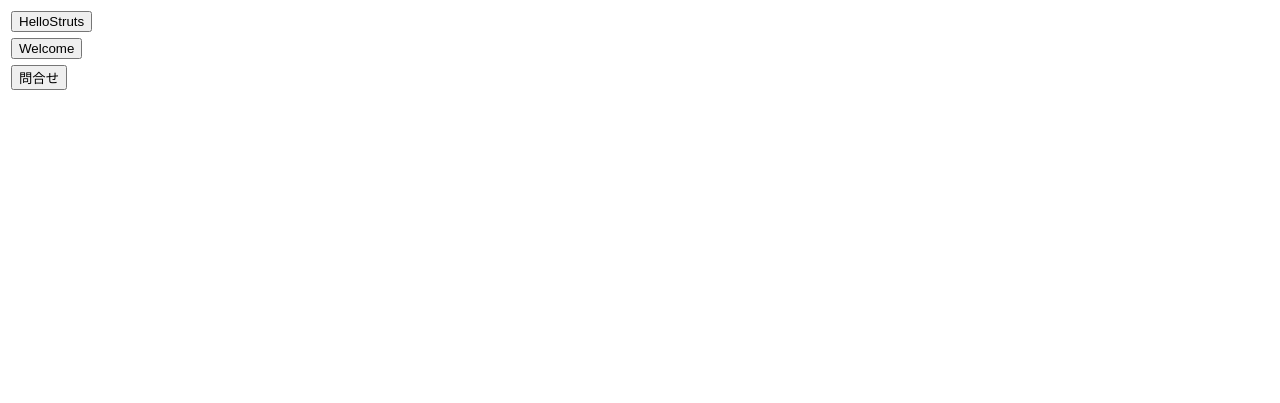
Repository: MurayamaMura/WebProj
Page: http://localhost/WebProj3/
These files come from the project's save history. The page is drawn as it stood at one moment and after the next save; the edit follows.
The browser window is 1280 px wide. The pictures show the whole page.
The page is served by Tomcat 9.

Above is the page before, as saved 2018-06-08 10:02:01.

After the next save:
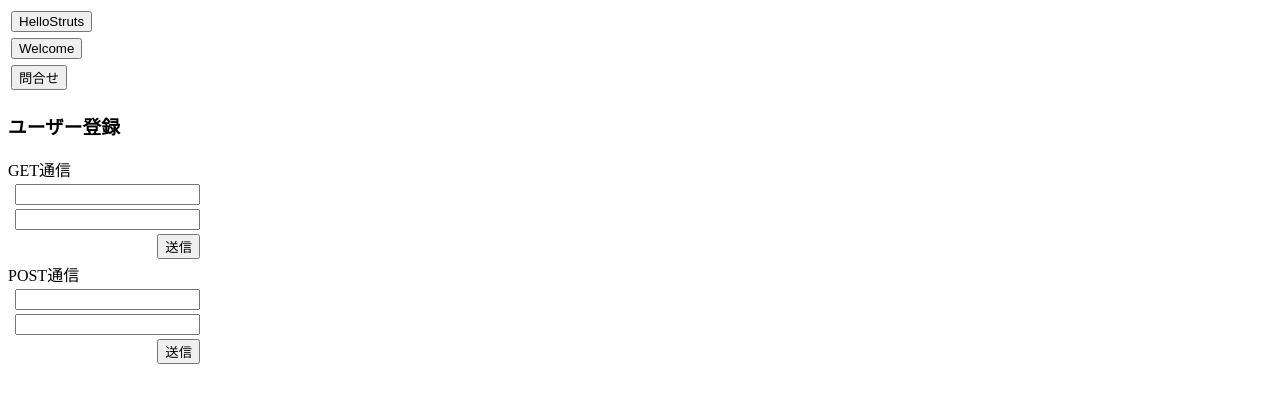
Saved 11 min 11 s later.
--- a/WebProj3/WebContent/index.jsp
+++ b/WebProj3/WebContent/index.jsp
@@ -20,5 +20,21 @@ pageEncoding="UTF-8"%>
 	<s:form action="InquiryAction">
 		<s:submit value="問合せ"></s:submit>
 	</s:form>
+
+	<h3>ユーザー登録</h3>
+	GET通信
+	<s:form method="get" action="TestAction">
+	<s:textfield name="username"/>
+	<s:password name="password"/>
+	<s:submit value="送信"/>
+	</s:form>
+
+	POST通信
+	<s:form method="post" action="TestAction">
+	<s:textfield name="username"/>
+	<s:password name="password"/>
+	<s:submit value="送信"/>
+	</s:form>
+
 </body>
 </html>
